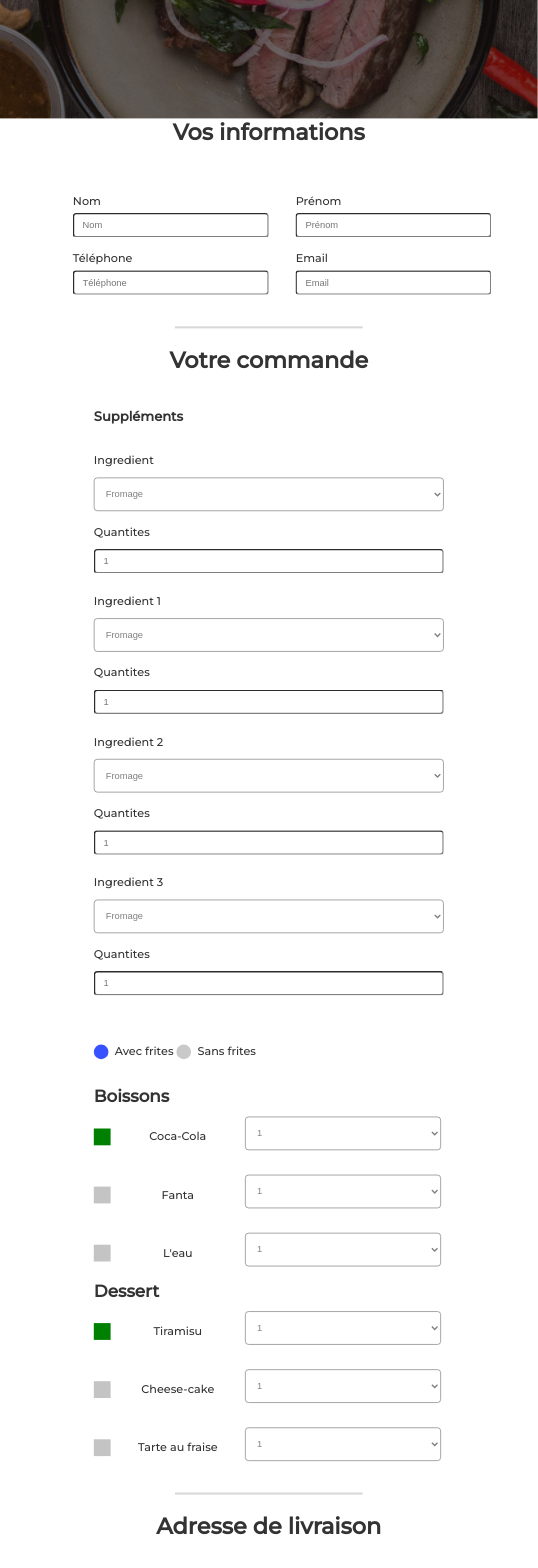
Repository: sisilass31/bella-olonje
Page: html/commande.html
These files come from the project's save history. The page is drawn as it stood at one moment and after a run of saves; the edit follows.
The browser window is 768 px wide. The pictures show the part of the page from y = 653 to 2893 px (the page is 3383 px tall before and 3353 px after), at 70% of full size.
Some web libraries are served in a nearby version.

Above is the page before, as saved 2023-02-15 09:26:20.

After the next 2 saves:
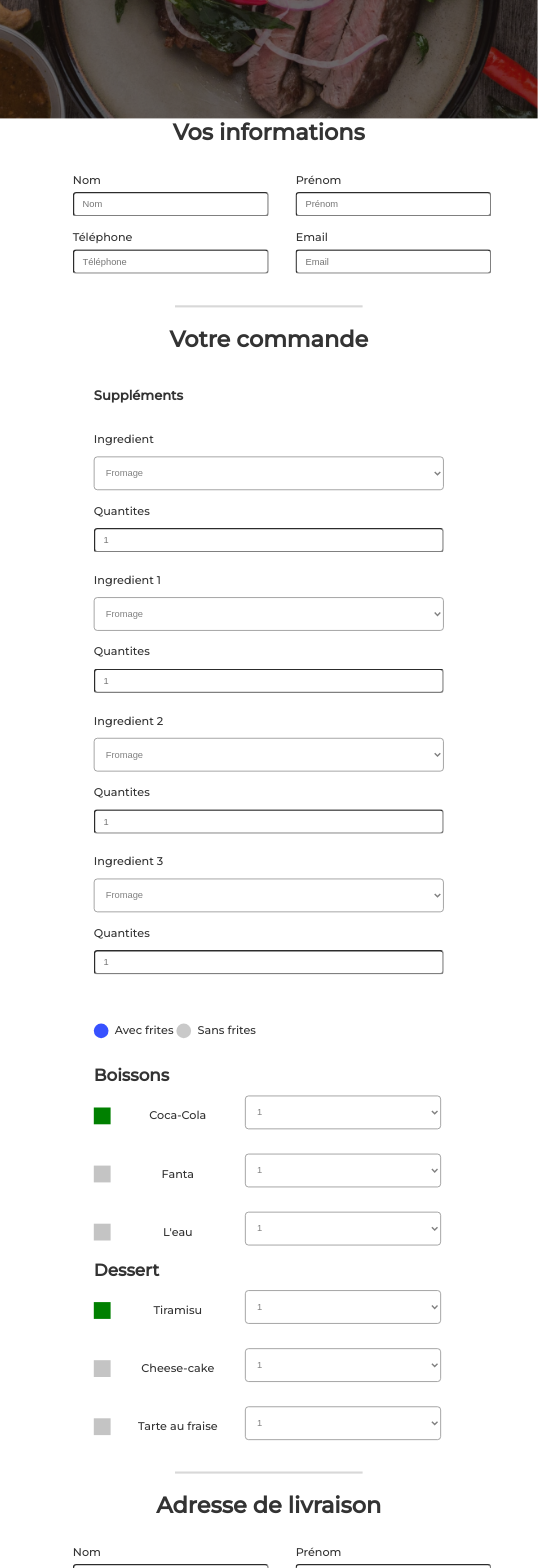
The 2 saves are shown as one change because they came seconds apart.
The last was saved 6 s later.
--- a/css/commande.css
+++ b/css/commande.css
@@ -540,13 +540,15 @@ button {
     .box input {
         width: 500px;
     }
+
     .infos h1 {
-padding: 0px;
-
-}
-.infos h1 {
-padding-bottom: 30px;
-}
+        padding: 0px;
+
+    }
+
+    .infos h1 {
+        padding-bottom: 0px;
+    }
 }
 
 /* Ipad et Mini Ordi */
